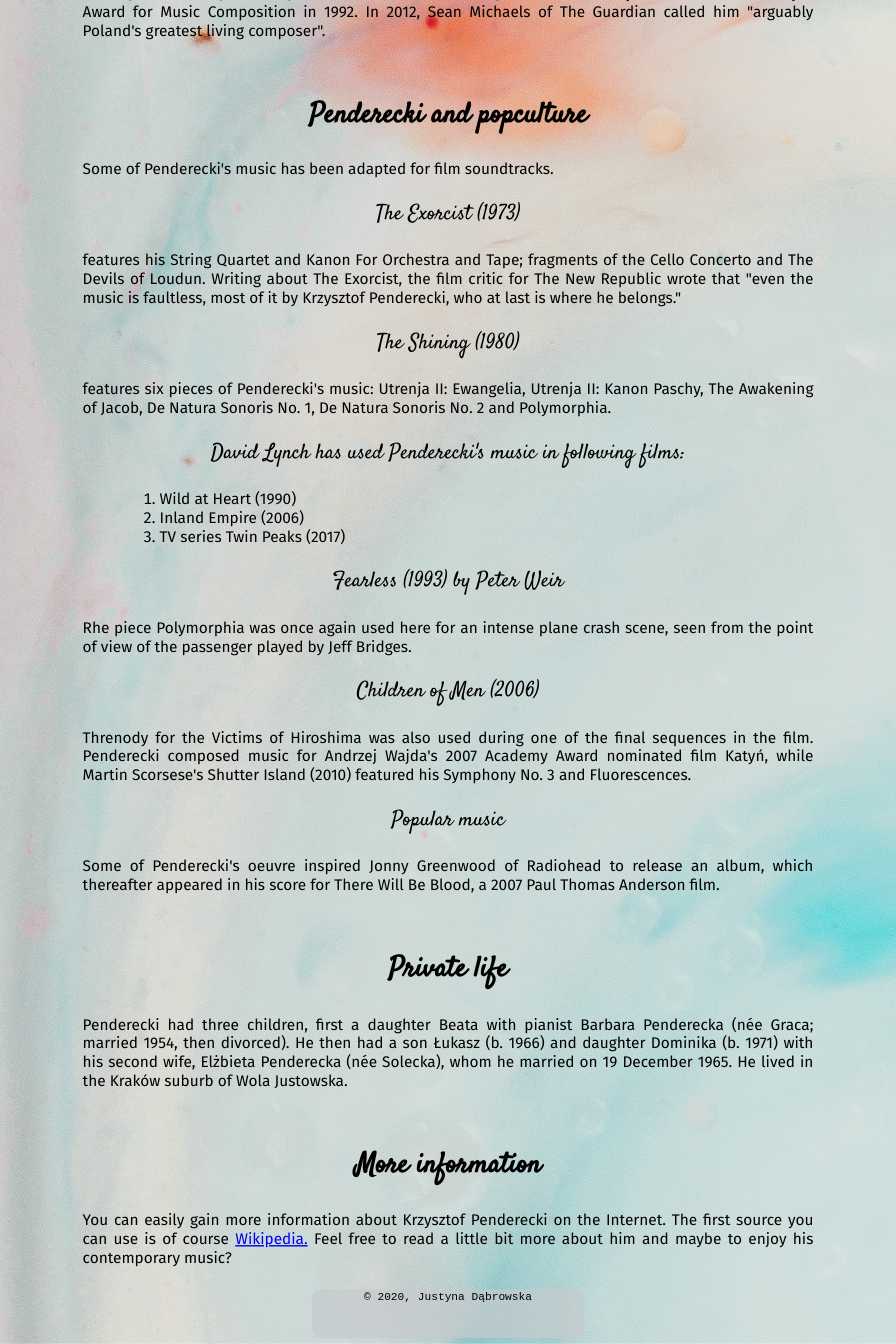
Repository: justynke/tribute_page
Page: index.html
The author's editor kept a copy of each file at every save. The page is drawn from the files as they stood at one save, then again after the next save.
The browser window is 1280 px wide. The pictures show the part of the page from y = 1594 to 3514 px (the page is 3514 px tall before and 3504 px after), at 70% of full size.

Above is the page before, as saved 2020-04-24 16:24:34.

### index.html
<!DOCTYPE html>
<html lang = "pl-PL">
<head>
    <link href="https://fonts.googleapis.com/css2?family=Satisfy&display=swap" rel="stylesheet">
    <link href="https://fonts.googleapis.com/css2?family=Fira+Sans&display=swap" rel="stylesheet">

    <link rel="stylesheet" type="text/css" href="styles.css">
    <title>Krzysztof Penderecki Tribute Page</title>
</head>



<body id = "main">
<header>
    <nav id = "nav">
        <div id = "edu"><a href = "#education" style = "color: inherit; text-decoration: none;">Education</a></div>
        <div id = "pop"><a href = "#popculture" style = "color: inherit; text-decoration: none;">Popculture</a></div>
        <div id = "priv"><a href = "#private" style = "color: inherit; text-decoration: none;">Private life</a></div>
    </nav>


<main>
    <h1 id = "title">Welcome to Krzysztof Penderecki Tribute Page</h1>

    <div id = "img-div">
        <figure>
            <img id = "image" src = "images/penderecki_01.jpg" alt = "Krzysztof Penderecki">
            <figcaption id = "img-caption">Krzysztof Penderecki, photo: <a href = "http://gazeta.pl">Gazeta.pl</a></figcaption>
        </figure>
    </div>

</header>
    <hr>


<div id = "tribute-info">
    <section>
    <p>
        <b>Krzysztof Eugeniusz Penderecki</b> (Polish: [ˈkʂɨʂtɔf pɛndɛˈrɛt͡skʲi]; 23 November 1933 – 29 March 2020) was a Polish composer and conductor. Among his best known works are Threnody to the Victims of Hiroshima, Symphony No. 3, his St. Luke Passion, Polish Requiem, Anaklasis and Utrenja. Penderecki composed:
        <ul>
            <li>four operas</li>
            <li>eight symphonies and other orchestral pieces</li>
            <li>a variety of instrumental concertos</li>
            <li>choral settings of mainly religious texts</li>
            <li>chamber and instrumental works.</li>
        </ul>
    </p>
</section>
    <section id = "education">
    <h2>Education and first works</h2>
    <p>Penderecki studied music at Jagiellonian University and the Academy of Music in Kraków. After graduating from the Academy, he became a teacher there and began his career as a composer in 1959 during the Warsaw Autumn festival. His Threnody to the Victims of Hiroshima for string orchestra and the choral work St. Luke Passion have received popular acclaim. His first opera, The Devils of Loudun, was not immediately successful. Beginning in the mid-1970s, Penderecki's composing style changed, with his first violin concerto focusing on the semitone and the tritone. His choral work Polish Requiem was written in the 1980s and expanded in 1993 and 2005.</p>
    </section>


    <section>
    <h2>Awards</h2>
    <p>Penderecki won many prestigious awards, including the Prix Italia in 1967 and 1968; four Grammy Awards in 1987, 1998 (twice), and 2017; the Wolf Prize in Arts in 1987; and the University of Louisville Grawemeyer Award for Music Composition in 1992. In 2012, Sean Michaels of The Guardian called him "arguably Poland's greatest living composer".</p>
    </section>

    <section id = "popculture">
    <h2>Penderecki and popculture</h2>
    <p>Some of Penderecki's music has been adapted for film soundtracks.</p>
    <h3>The Exorcist (1973)</h3>
    <p>features his String Quartet and Kanon For Orchestra and Tape; fragments of the Cello Concerto and The Devils of Loudun. Writing about The Exorcist, the film critic for The New Republic wrote that "even the music is faultless, most of it by Krzysztof Penderecki, who at last is where he belongs."</p>
    <h3>The Shining (1980)</h3>
    <p> features six pieces of Penderecki's music: Utrenja II: Ewangelia, Utrenja II: Kanon Paschy, The Awakening of Jacob, De Natura Sonoris No. 1, De Natura Sonoris No. 2 and Polymorphia.</p>
    <h3>David Lynch has used Penderecki's music in following films:</h3>
    <ol>
        <li>Wild at Heart (1990)</li>
        <li>Inland Empire (2006)</li>
        <li>TV series Twin Peaks (2017)</li>
    </ol>
    <h3>Fearless (1993) by Peter Weir</h3>
    <p>Rhe piece Polymorphia was once again used here for an intense plane crash scene, seen from the point of view of the passenger played by Jeff Bridges. </p>

    <h3>Children of Men (2006)</h3>
     <p>Threnody for the Victims of Hiroshima was also used during one of the final sequences in the film. Penderecki composed music for Andrzej Wajda's 2007 Academy Award nominated film Katyń, while Martin Scorsese's Shutter Island (2010) featured his Symphony No. 3 and Fluorescences.

        <h3>Popular music</h3>
        <p>Some of Penderecki's oeuvre inspired Jonny Greenwood of Radiohead to release an album, which thereafter appeared in his score for There Will Be Blood, a 2007 Paul Thomas Anderson film.</p>
</section>

    <section id = "private">
        <h2>Private life</h2>
        <p>Penderecki had three children, first a daughter Beata with pianist Barbara Penderecka (née Graca; married 1954, then divorced). He then had a son Łukasz (b. 1966) and daughter Dominika (b. 1971) with his second wife, Elżbieta Penderecka (née Solecka), whom he married on 19 December 1965. He lived in the Kraków suburb of Wola Justowska.</p>
    </section>

    <section>
        <h2>More information</h2>
        <p>You can easily gain more information about Krzysztof Penderecki on the Internet. The first source you can use is of course <a href = "https://en.wikipedia.org/wiki/Krzysztof_Penderecki" target="_blank" id = "tribute-link">Wikipedia.</a> Feel free to read a little bit more about him and maybe to enjoy his contemporary music?</p>
    </section>
    </div>
    <script src="https://cdn.freecodecamp.org/testable-projects-fcc/v1/bundle.js"></script>
</main>
<footer>
    &copy; 2020, Justyna Dąbrowska
</footer>
</body>
</html>

### styles.css
body {
    background-image: url(images/background.jpg);
}

h1 {
    text-align: center;
    font-family: 'Satisfy';
    font-size: 52px;
    margin-bottom: 0.8em;
}

h2 {
    font-family: 'Satisfy';
    font-size: 40px;
    margin-top: 2em;
    text-align: center;
}

h3 {
    font-family: 'Satisfy';
    font-size: 30px;
    text-align: center;
    font-weight: 250;
}

#img-div {
    height: 38vw;
    width: 80vw;
    margin: auto;
    position: relative;
}


#image {
    filter: gray; /* IE6-9 */
    -webkit-filter: grayscale(1); /* Google Chrome, Safari 6+ & Opera 15+ */
    filter: grayscale(1);
    max-width: 100%;
    max-height: 100%;
    height: auto;
    margin: auto;
    display: block;
    position: relative;
    border: solid;
    border-color: transparent;
    border-radius: 4%;
}

#image:hover {
    filter: grayscale(0);
}

#img-caption {
    font-family: 'Fira Sans', sans-serif;;
    text-align: center;
    font-style: italic;
    font-size: small;
    font-weight: 100;
}

figure {
    margin: auto;
    width: 100%;
    height: 100%;
    position: relative;
}

hr {
    margin-top: 2.5em;
}

p {
    padding-left: 5em;
    padding-right: 5em;
    font-family: 'Fira Sans', sans-serif;
    font-size: 22px;
    text-align: justify;
}

ul {
    padding-left: 10em;
    font-family: 'Fira Sans', sans-serif;
    font-size: 22px;
}

ol {
    padding-left: 10em;
    font-family: 'Fira Sans', sans-serif;
    font-size: 22px;
}

#nav {
    font-family: 'Satisfy', sans-serif;
    display: flex;
    justify-content: space-evenly;
    width: 100%;
    height: 5vw;
    margin: auto;
    position: relative;
    font-size: 3vw;
}

#edu {
    display: flex;
    background-color: #DC3522;
    flex-grow: 1;
    border: solid;
    border-color: transparent;
    border-radius: 15px 0px 0px 15px;
    color: white;
    justify-content: center;
    align-items: center;
    opacity: 0.7;
}

#pop {
    display: flex;
    flex-grow: 1;
    background-color: #D9CB9E;
    color: white;
    justify-content: center;
    align-items: center;
    opacity: 0.7;
}

#priv {
    display: flex;
    flex-grow: 1;
    background-color: #374140;
    border: solid;
    border-color: transparent;
    border-radius: 0px 15px 15px 0px;
    color: white;
    justify-content: center;
    align-items: center;
    opacity: 0.7;
}

footer {
    display: flex;
    margin: auto;
    background-color: rgb(198, 203, 206, 0.7);
    text-align: center;
    border: solid;
    border-color: transparent;
    border-radius: 15px;
    width: 30vw;
    height: 5vw;
    align-items: center;
    justify-content: center;
    font-family: 'Courier New', Courier, monospace;
    margin-top: 2em;
    display: block;
}

After the next save:
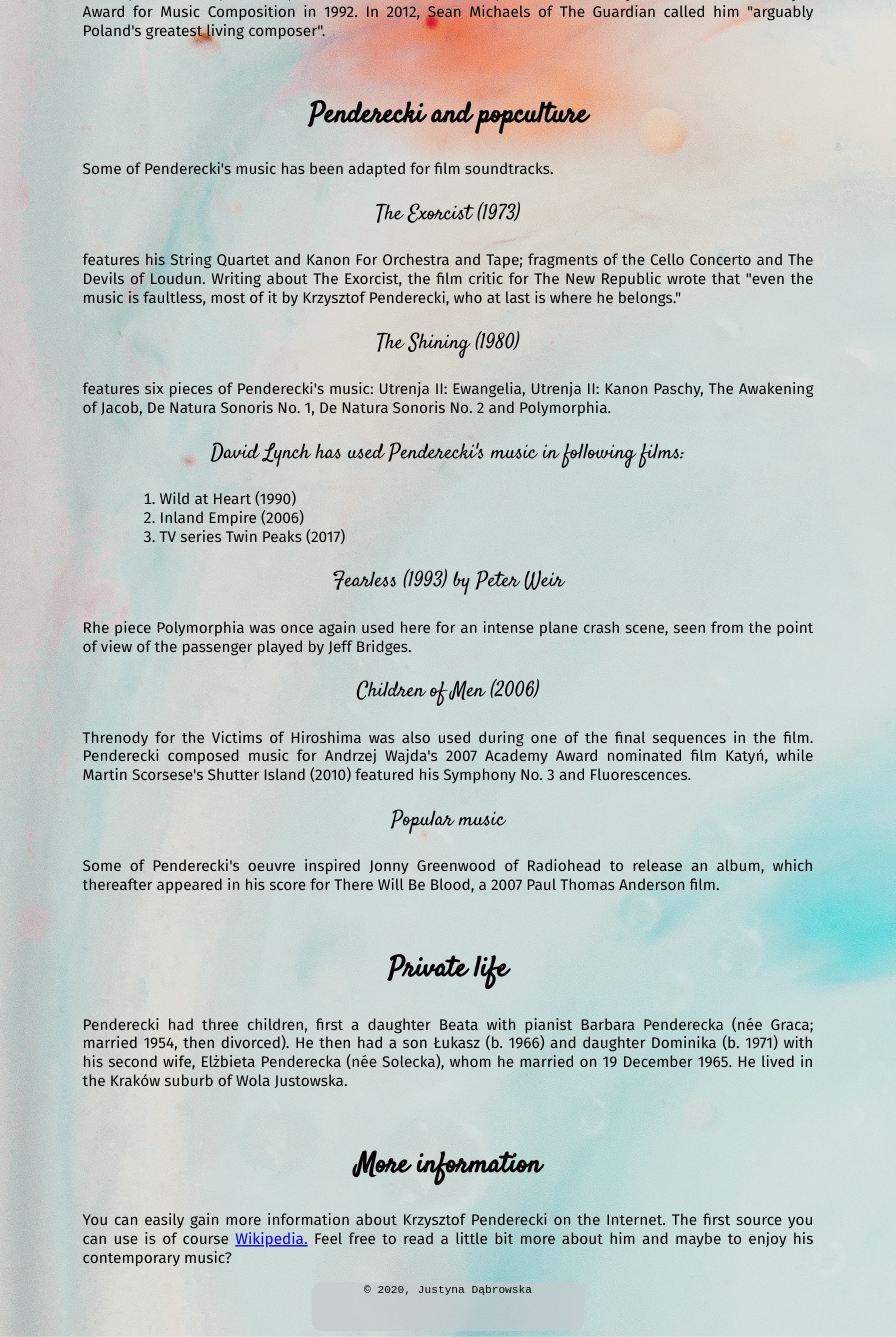
Saved 15 s later.
--- a/styles.css
+++ b/styles.css
@@ -149,6 +149,5 @@
     align-items: center;
     justify-content: center;
     font-family: 'Courier New', Courier, monospace;
-    margin-top: 2em;
     display: block;
 }
